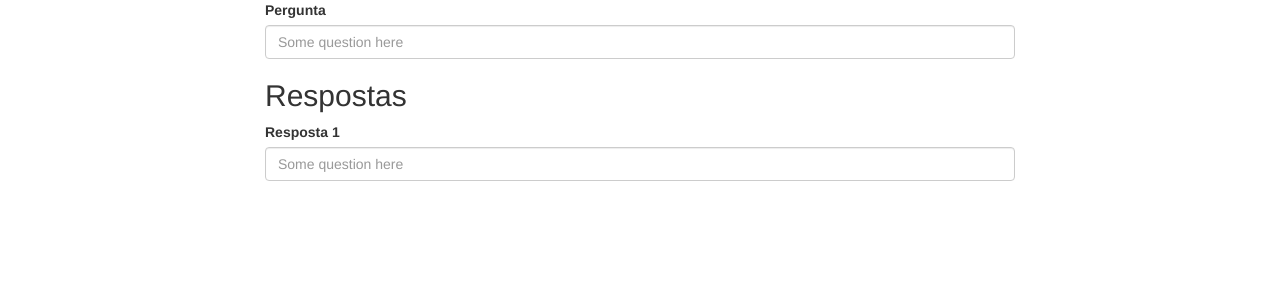
Repository: brunoUnigranrio/TDEs-Daw
Page: http://localhost/TDE1/sucesso.jsp
These files come from the project's save history. The page is drawn as it stood at one moment and after the next save; the edit follows.
The browser window is 1280 px wide. The pictures show the whole page.
The page is served by Tomcat 9.

Above is the page before, as saved 2019-06-16 20:24:07.
Console error (its wording comes from the project's code and is left out).

After the next save:
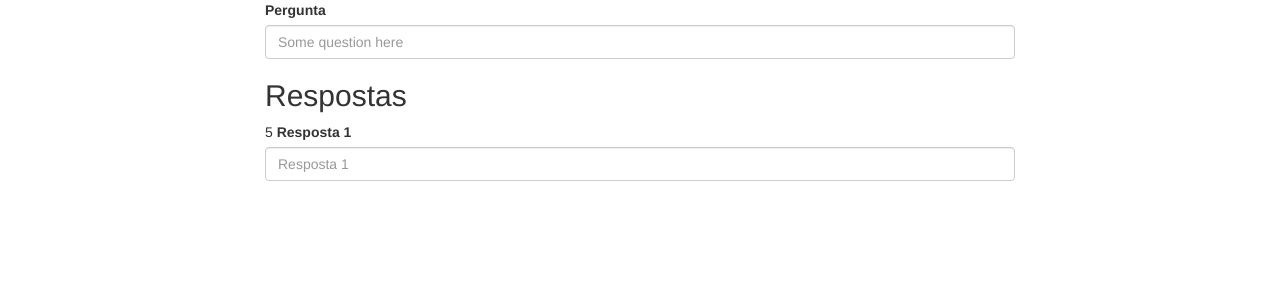
Saved 3 min 59 s later.
--- a/TDE1/WebContent/sucesso.jsp
+++ b/TDE1/WebContent/sucesso.jsp
@@ -25,8 +25,17 @@
   </div>
   <div class="form-group">
   <h2 class=>Respostas</h2>
-    <label for="perguntaInput">Resposta 1</label>
-    <input type="text" class="form-control" id="perguntaInput" placeholder="Some question here">
+  <%
+  int i =1;
+  for (i = 1; i < 5; i++) {
+
+  }
+
+  %>
+  <%=i %>
+    <label for="r1">Resposta 1</label>
+    <input type="text" class="form-control" id="r1" placeholder="Resposta 1">
+
   </div>
 
 </form>
